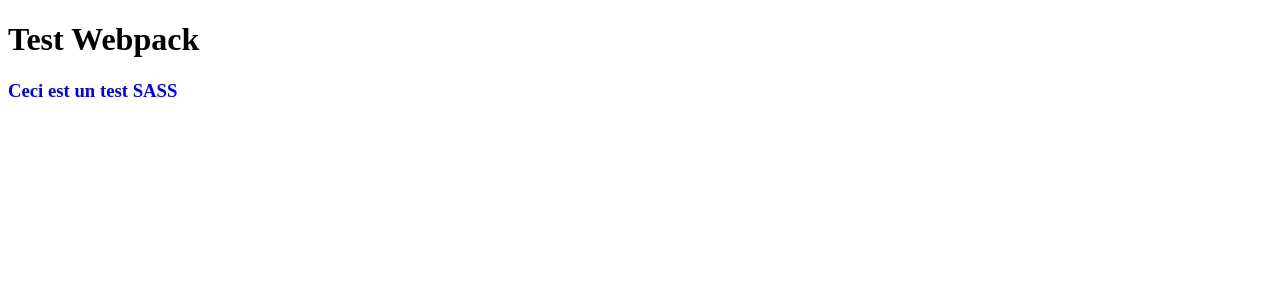
Repository: Symfomany/ng2angu
Page: / (app in es6/)
The author's editor kept a copy of each file at every save. The page is drawn from the files as they stood at one save, then again after the next save.
The browser window is 1280 px wide. The pictures show the whole page.
The project was rebuilt for these pictures with package versions that can differ from the ones it lists, and the page was loaded fresh each time. Also part of the build but not shown: es6/webpack.config.js. Imported but missing from the stored project, and not drawn on this page: es6/src/coffee/main.coffee.

Above is the page before, as saved 2016-12-28 20:12:24.

After the next save:
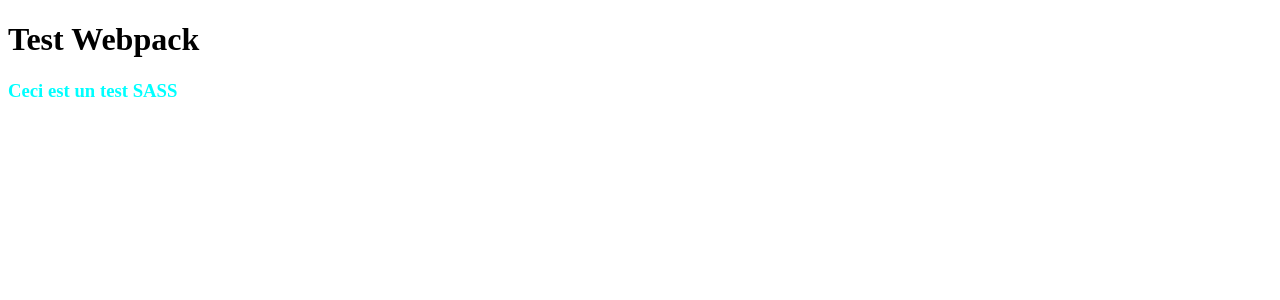
Saved 8 min 47 s later.
--- a/es6/src/sass/main.scss
+++ b/es6/src/sass/main.scss
@@ -1,5 +1,5 @@
 body {
     h3 {
-        color: blue;
+        color: aqua;
     }
 }
